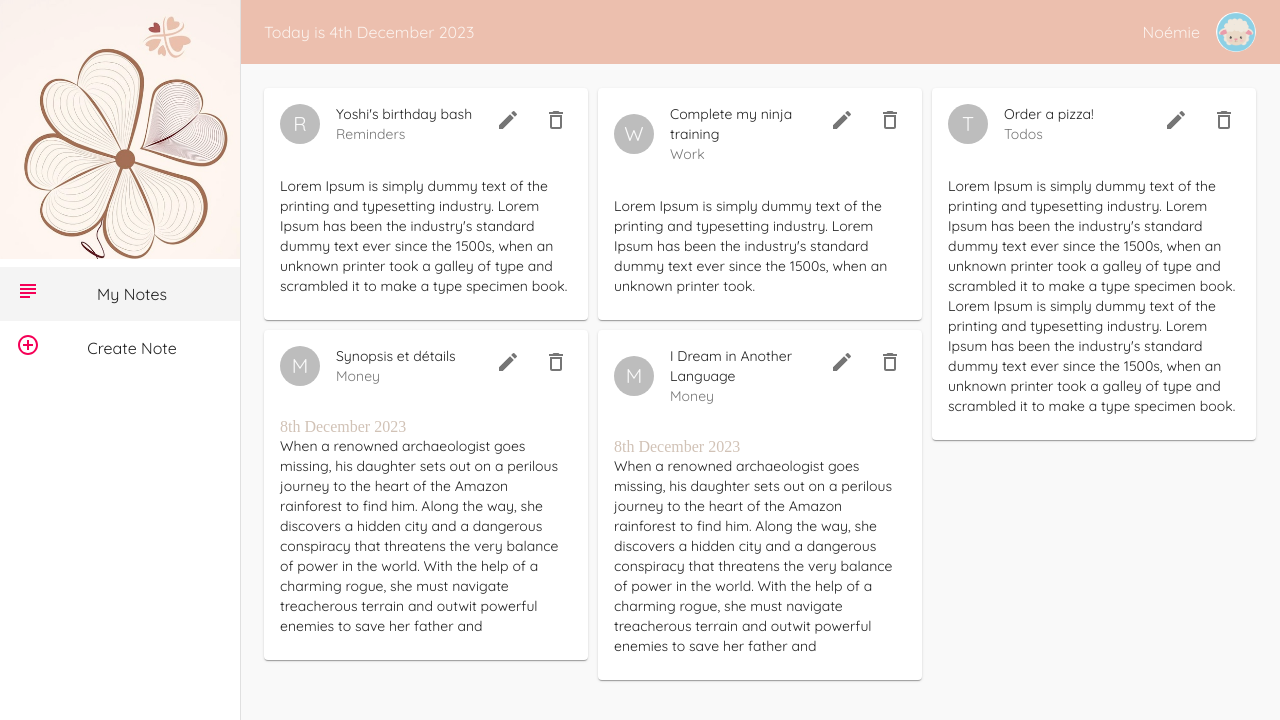
Repository: noemiepham/noemieblognote
Page: /
An editor plug-in stored every save of this project. The page is shown before and after the next save, followed by the edit.
The browser window is 1280 px wide. The pictures show the whole page.
The project was rebuilt for these pictures with package versions that can differ from the ones it lists, and the page was loaded fresh each time. Requests to the local data server were answered from the project's data file. Also part of the build but not shown: src/pages/Create.js.

Above is the page before, as saved 2023-12-08 16:32:53.

After the next save:
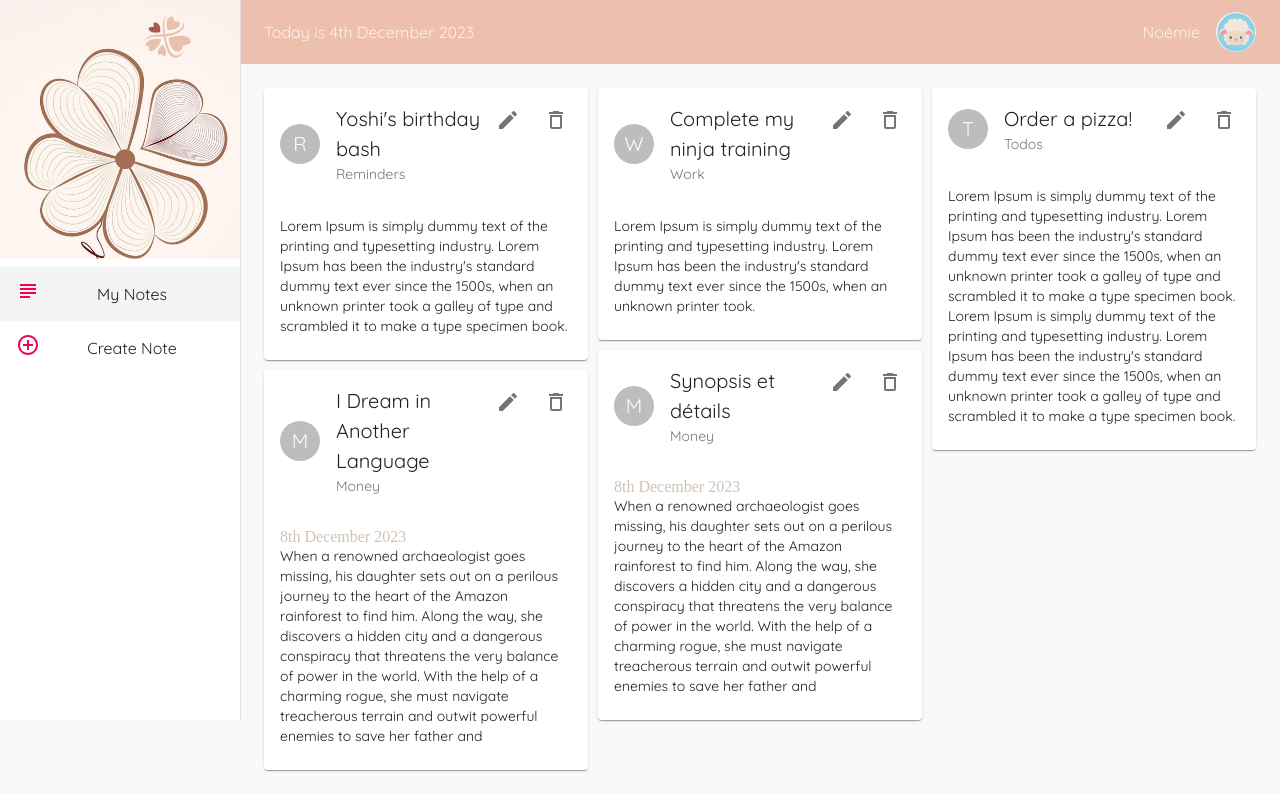
Saved 91 s later.
--- a/src/components/NoteCard.js
+++ b/src/components/NoteCard.js
@@ -59,7 +59,9 @@ function NoteCard({ note, handleDelete, handleEdit }) {
               </IconButton>
             </div>
           }
-          title={note?.title}
+          title={
+            <Typography className={classes.title}>{note?.title}</Typography>
+          }
           subheader={note?.category}
         />
         <CardContent>
